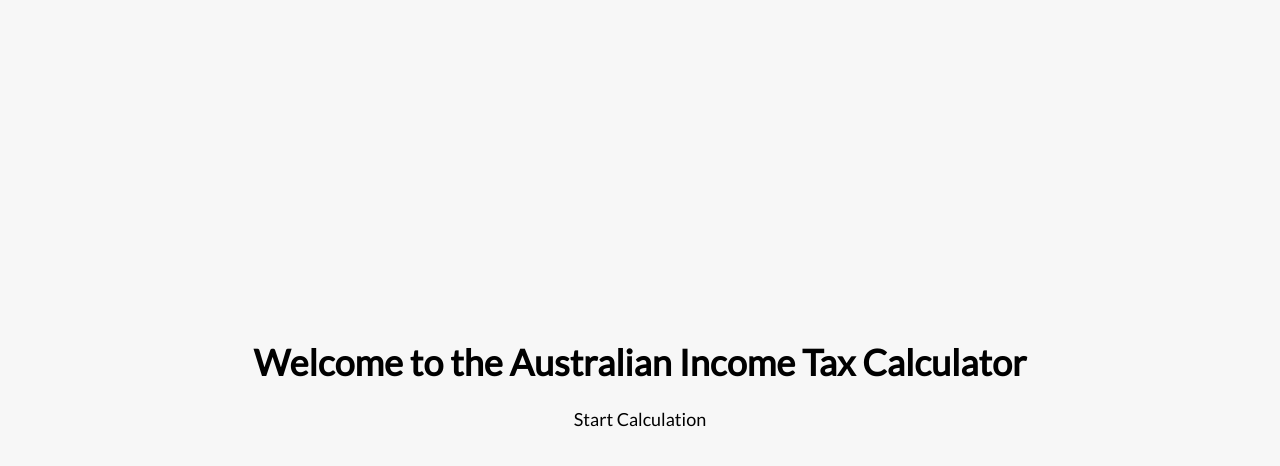
Repository: Tracy-maker/tax_calculator
Page: /
These files come from the project's save history. The page is drawn as it stood at one moment and after the next save; the edit follows.
The browser window is 1280 px wide. The pictures show the whole page.
The project was rebuilt for these pictures with package versions that can differ from the ones it lists, and the page was loaded fresh each time. Also part of the build but not shown: vite.config.js.

Above is the page before, as saved 2024-06-26 13:42:27.

### index.html
<!doctype html>
<html lang="en">
  <head>
    <meta charset="UTF-8" />
    <link rel="icon" href="src/assets/logo.svg" />
    <meta name="viewport" content="width=device-width, initial-scale=1.0" />
    <title>Tax Calculator</title>
  </head>
  <body>
    <div id="app"></div>
    <script type="module" src="/src/main.js"></script>
  </body>
</html>

### src/assets/main.css
@import url('https://fonts.googleapis.com/css?family=Lato&display=swap');

:root {
  --box-shadow: 0 1px 3px rgba(0, 0, 0, 0.12), 0 1px 2px rgba(0, 0, 0, 0.24);
}

* {
  box-sizing: border-box;
}

body {
  background-color: #f7f7f7;
  display: flex;
  flex-direction: column;
  align-items: center;
  justify-content: center;
  min-height: 100vh;
  margin: 0;
  font-family: 'Lato', sans-serif;
  font-size: 18px;
}

body {
  font-family: 'Lato', sans-serif;
  margin: 0;
  padding: 0;
  box-sizing: border-box;
}

header {
  background-color: #42b983;
  padding: 10px;
  color: white;
}

nav {
  display: flex;
  justify-content: center;
  gap: 15px;
}

nav a {
  color: white;
  text-decoration: none;
}

nav a.router-link-exact-active {
  font-weight: bold;
}

main {
  padding: 20px;
}

footer {
  margin-top: 50px;
  padding: 10px;
  background-color: #42b983;
  color: white;
}

.home {
  text-align: center;
  margin-top: 50px;
}

.calculator {
  max-width: 600px;
  margin: 0 auto;
  padding: 20px;
}

.results {
  text-align: center;
  margin-top: 50px;
}

.modal {
  position: fixed;
  top: 0;
  left: 0;
  width: 100%;
  height: 100%;
  background-color: rgba(0, 0, 0, 0.5);
  display: flex;
  justify-content: center;
  align-items: center;
}

.modal-content {
  background-color: white;
  padding: 20px;
  border-radius: 5px;
  text-align: center;
}

.close {
  position: absolute;
  top: 10px;
  right: 10px;
  cursor: pointer;
}

.share-buttons {
  display: flex;
  flex-direction: column;
  gap: 10px;
}

### src/App.vue
<template>
  <div class="home">
    <h1>Welcome to the Australian Income Tax Calculator</h1>
    <router-link to="/calculator">Start Calculation</router-link>
  </div>
</template>

<script lang="ts">
import { defineComponent } from 'vue'

export default defineComponent({
  name: 'HomePage'
})
</script>

Loaded but not shown: src/main.js (common file)

After the next save:
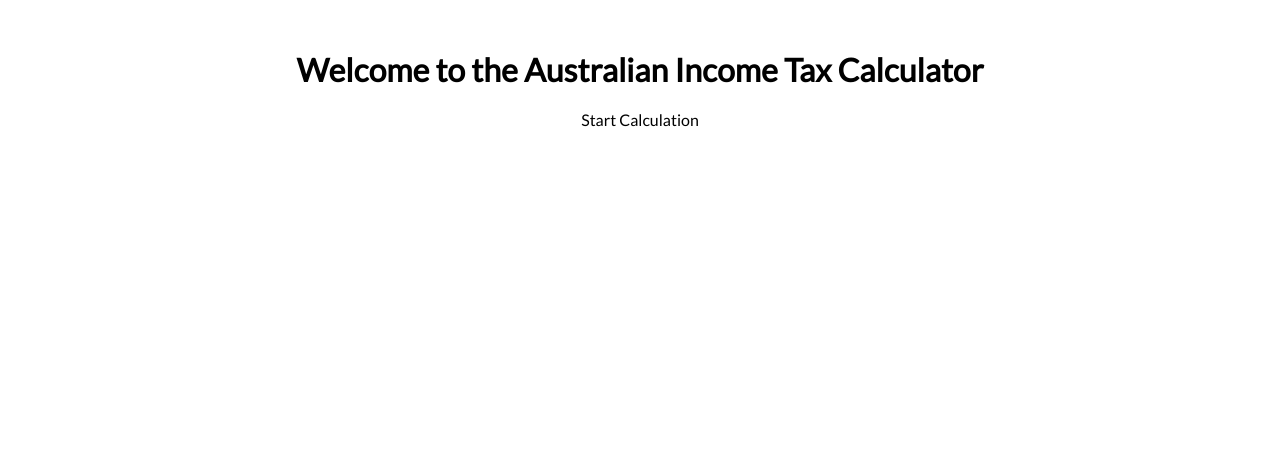
Saved 21 s later.
--- a/src/assets/main.css
+++ b/src/assets/main.css
@@ -6,18 +6,6 @@
 
 * {
   box-sizing: border-box;
-}
-
-body {
-  background-color: #f7f7f7;
-  display: flex;
-  flex-direction: column;
-  align-items: center;
-  justify-content: center;
-  min-height: 100vh;
-  margin: 0;
-  font-family: 'Lato', sans-serif;
-  font-size: 18px;
 }
 
 body {
